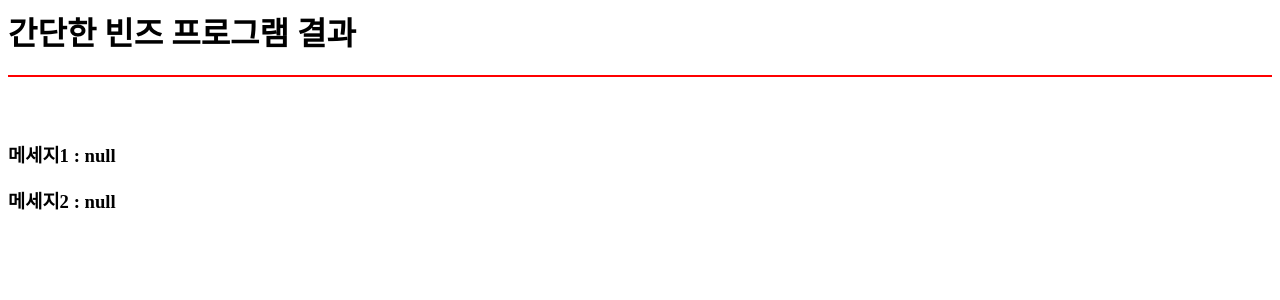
Repository: kwonminsung0/jspStudy
Page: http://localhost/jspStudy/sample/simpleBean.jsp
The author's editor kept a copy of each file at every save. The page is drawn from the files as they stood at one save, then again after the next save.
The browser window is 1280 px wide. The pictures show the whole page.
The page is served by Tomcat 9.

Above is the page before, as saved 2024-12-10 02:19:50.

After the next save:
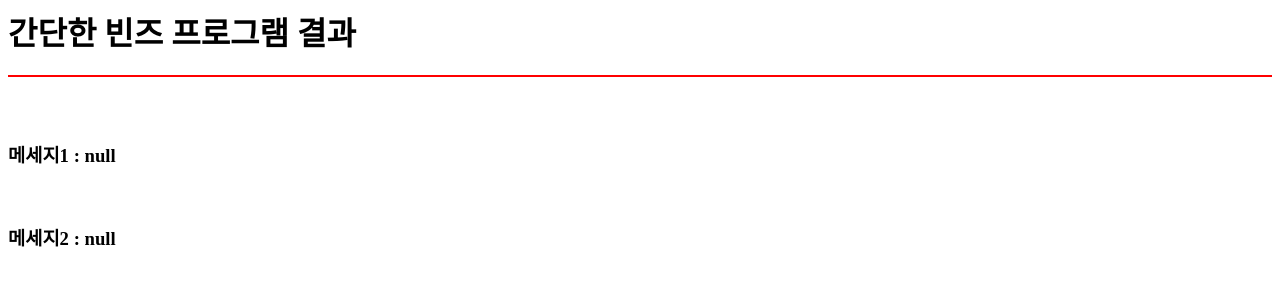
Saved 23 s later.
--- a/jspStudy/src/main/webapp/sample/simpleBean.jsp
+++ b/jspStudy/src/main/webapp/sample/simpleBean.jsp
@@ -17,7 +17,7 @@
 	<h1>간단한 빈즈 프로그램 결과</h1>
 	<hr color="red"></hr>
 	<br></br>
-	<h3> 메세지1 : <%= simpleVO.getMessage1()%></h3>
+	<h3> 메세지1 : <%= simpleVO.getMessage1()%></h3><br>
 	<h3> 메세지2 : <%= simpleVO.getMessage2()%></h3>
 </body>
 </html>

After the 4 saves that followed:
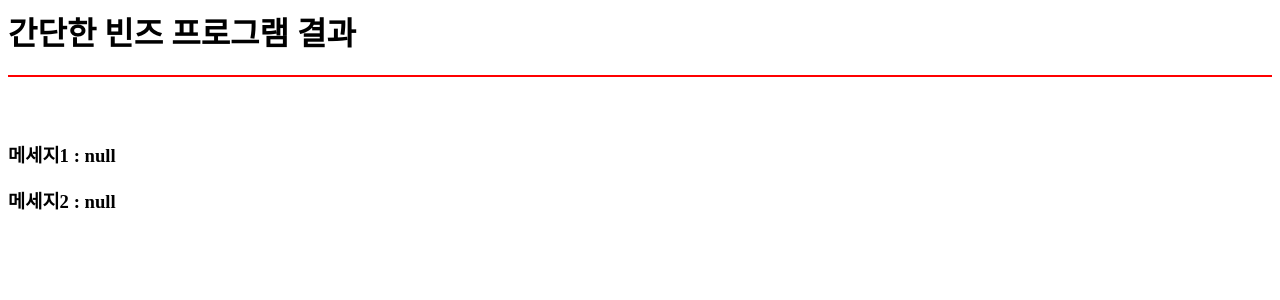
The 4 saves are shown as one change because 1 did not build or start and 2 left the picture as it was.
The last was saved 117 s later.
--- a/jspStudy/src/main/webapp/sample/simpleBean.jsp
+++ b/jspStudy/src/main/webapp/sample/simpleBean.jsp
@@ -17,7 +17,7 @@
 	<h1>간단한 빈즈 프로그램 결과</h1>
 	<hr color="red"></hr>
 	<br></br>
-	<h3> 메세지1 : <%= simpleVO.getMessage1()%></h3><br>
-	<h3> 메세지2 : <%= simpleVO.getMessage2()%></h3>
+	<h3> 메세지1 : <jsp:getProperty name="simpleVO" property="message1"/></h3>
+	<h3> 메세지2 : <jsp:getProperty name="simpleVO" property="message2"/></h3>
 </body>
 </html>
